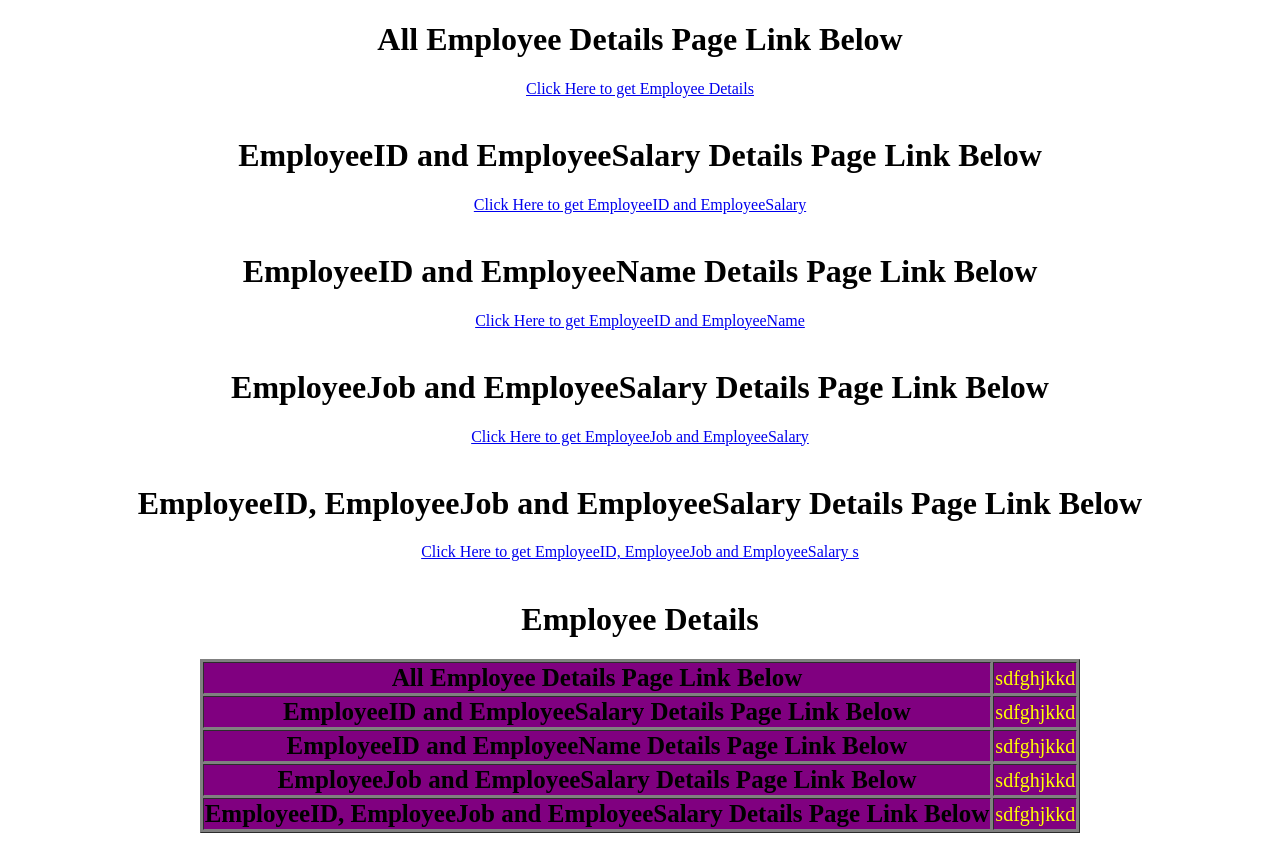
Repository: RhutujaBD/SpringMVCSession
Page: http://localhost/Spring-MVC-JDBCTemplate/WEB-INF/pages/home.jsp
An editor plug-in stored every save of this project. The page is shown before and after the next save, followed by the edit.
The browser window is 1280 px wide. The pictures show the whole page.
The page is served by Tomcat 9. Nobody is signed in. The template is opened directly, without the code that normally fills it, so the values that code supplies are empty.

Above is the page before, as saved 2023-03-29 11:00:38.

After the next save:
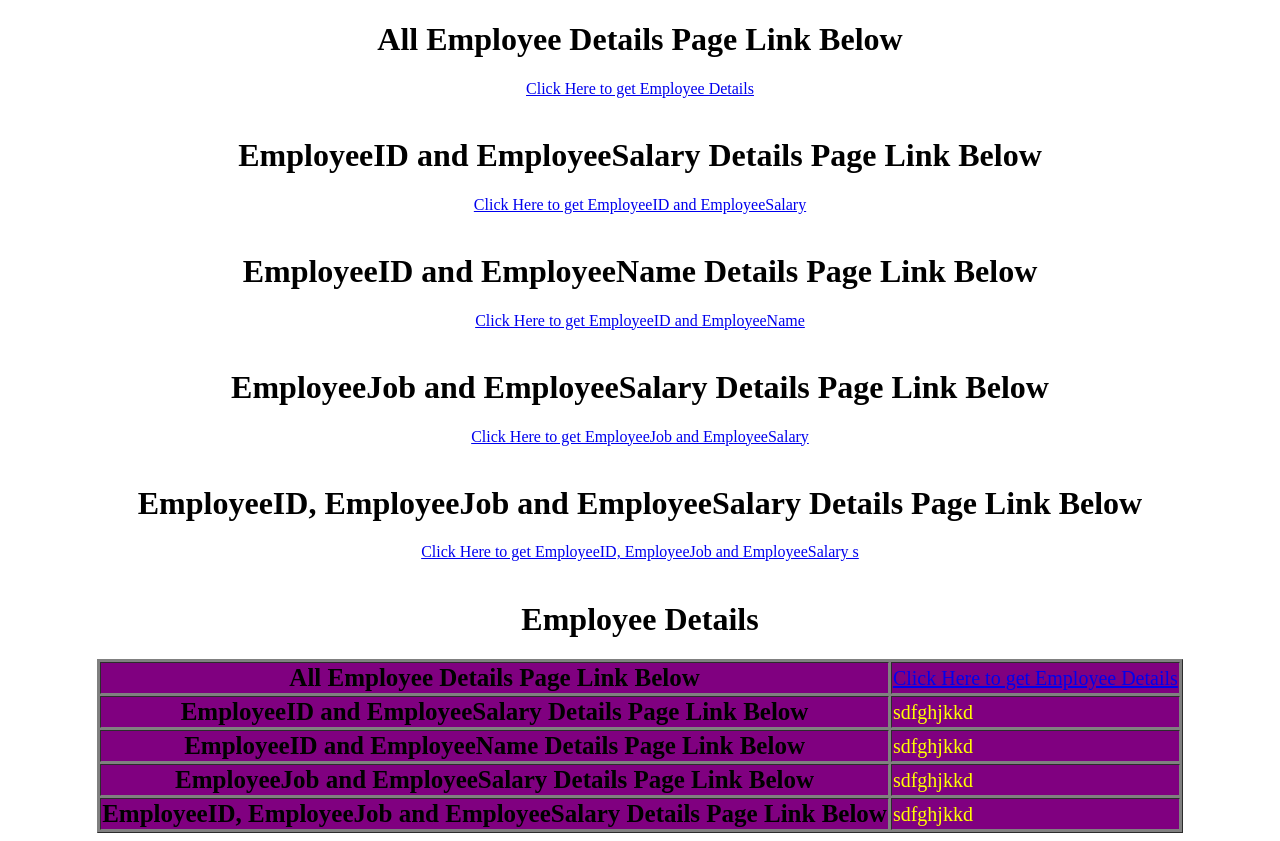
Saved 47 s later.
--- a/Spring-MVC-JDBCTemplate/src/main/webapp/WEB-INF/pages/home.jsp
+++ b/Spring-MVC-JDBCTemplate/src/main/webapp/WEB-INF/pages/home.jsp
@@ -44,7 +44,7 @@
 
 		<tr bgcolor="purple" bordercolor="black">
 			<th>All Employee Details Page Link Below</th>
-			<td>sdfghjkkd</td>
+			<td><a href="list_employees.htm">Click Here to get Employee Details</a></td>
 		</tr>
 		<tr bgcolor="purple" bordercolor="black">
 			<th>EmployeeID and EmployeeSalary Details Page Link Below</th>
